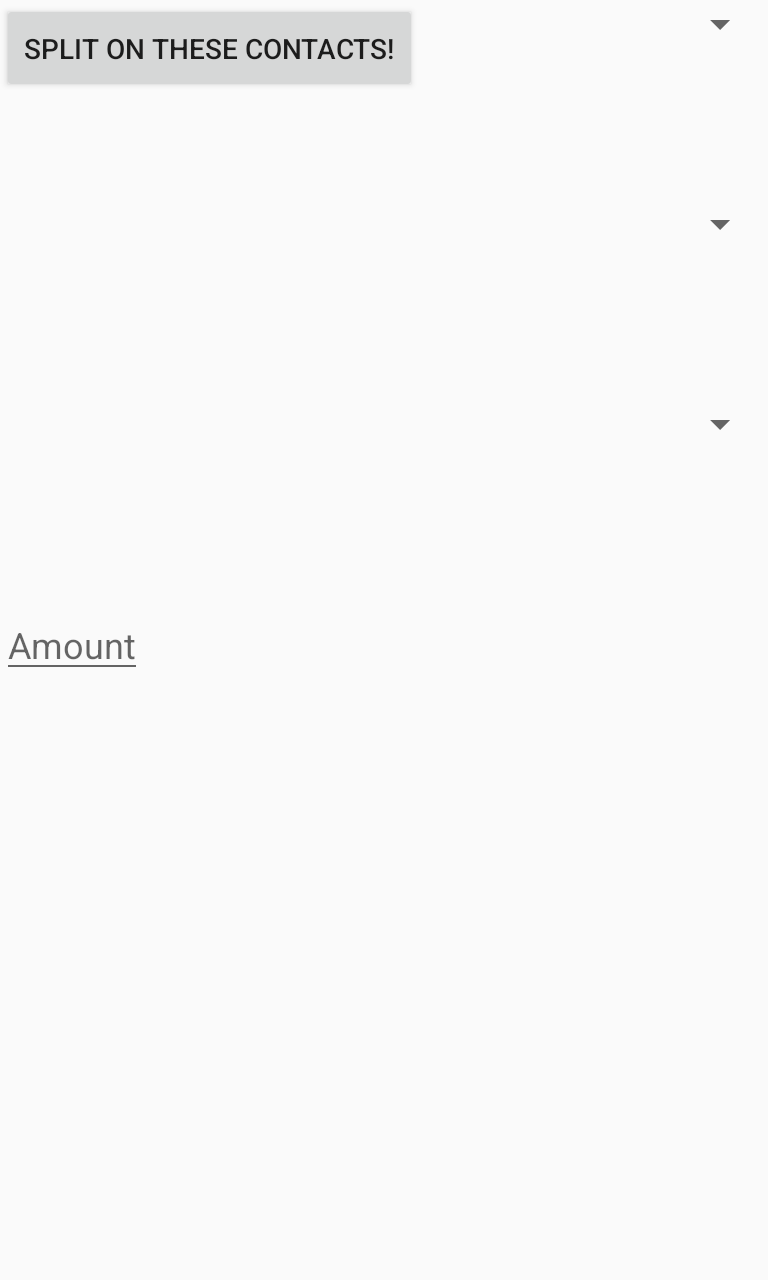
Repository: wisingd/Dajoroli
Layout: Workspace/SplitIt/res/layout/activity_split_adebt.xml
These files come from the project's save history. The layout is drawn as it stood at one moment and after the next save; the edit follows.
It is drawn on a 768 x 1280 px phone screen (xhdpi) without system bars, with theme AppTheme; the app's code is not run.

Above is the layout before, as saved 2014-05-16 08:39:24.

After the next save:
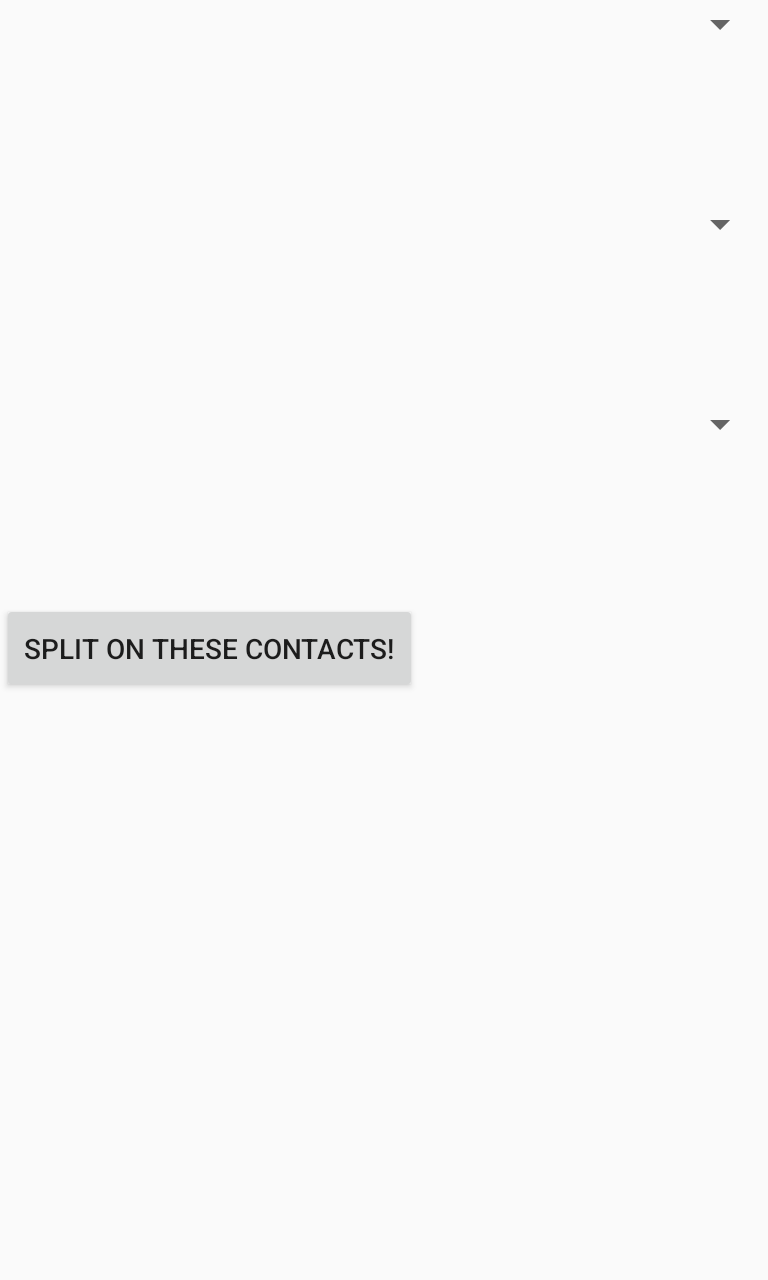
Saved 25 s later.
--- a/Workspace/SplitIt/res/layout/activity_split_adebt.xml
+++ b/Workspace/SplitIt/res/layout/activity_split_adebt.xml
@@ -36,6 +36,7 @@
         android:layout_height="wrap_content"
         android:onClick="splitIt"
         android:text="@string/splitOnThree"
-        android:layout_marginRight="100dp" />
+        android:layout_marginRight="100dp"
+        android:layout_marginTop="300dp" />
 
 </FrameLayout>
